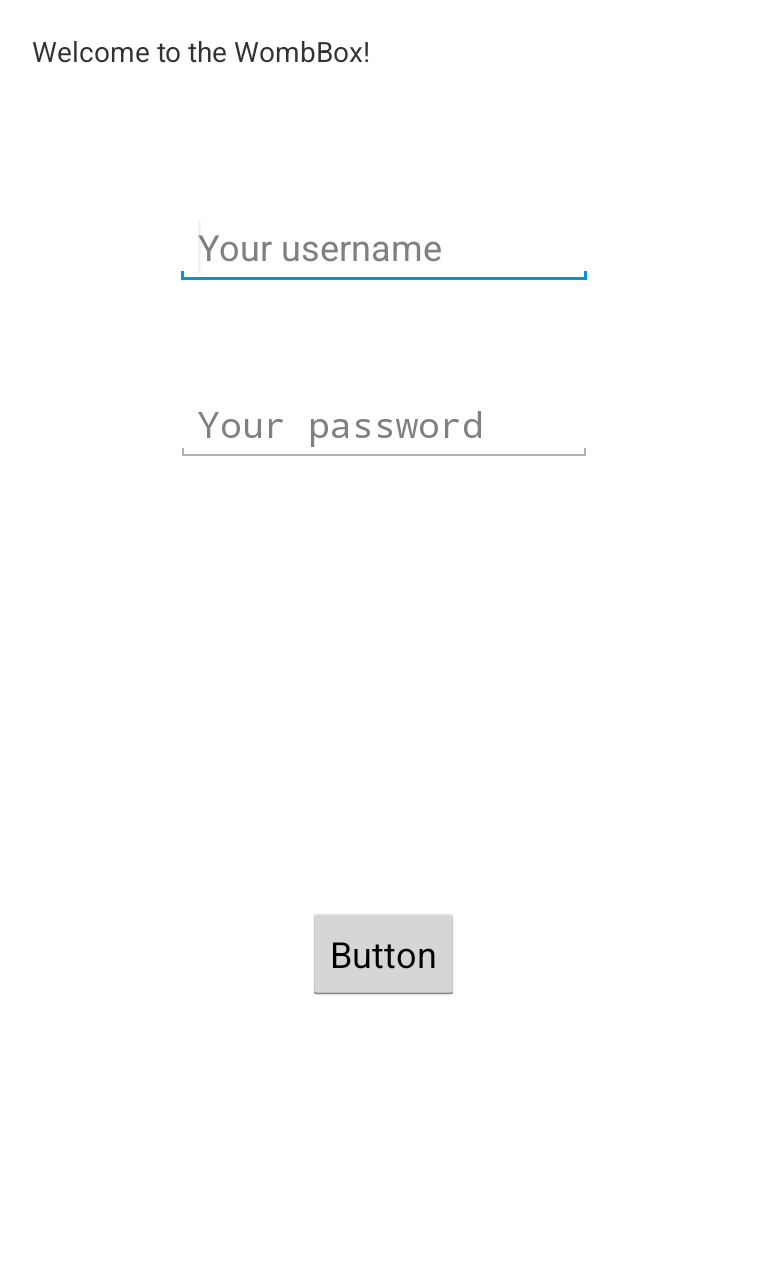
Repository: robertsami/TerraceFJukebox
Layout: android/TerraceFJukebox/res/layout/activity_login.xml
The author's editor kept a copy of each file at every save. The layout is drawn from the files as they stood at one save, then again after a run of saves.
It is drawn on a 768 x 1280 px phone screen (xhdpi) without system bars, with theme AppTheme; the app's code is not run.

Above is the layout before, as saved 2013-08-13 22:03:13.

### android/TerraceFJukebox/res/layout/activity_login.xml
<RelativeLayout xmlns:android="http://schemas.android.com/apk/res/android"
    xmlns:tools="http://schemas.android.com/tools"
    android:layout_width="match_parent"
    android:layout_height="match_parent"
    android:paddingBottom="@dimen/activity_vertical_margin"
    android:paddingLeft="@dimen/activity_horizontal_margin"
    android:paddingRight="@dimen/activity_horizontal_margin"
    android:paddingTop="@dimen/activity_vertical_margin"
    tools:context=".LoginActivity" >

    <TextView
        android:id="@+id/textView1"
        android:layout_width="wrap_content"
        android:layout_height="wrap_content"
        android:text="Welcome to the WombBox!" />

    <EditText
        android:id="@+id/login_user_name"
        android:layout_width="wrap_content"
        android:layout_height="wrap_content"
        android:layout_below="@+id/textView1"
        android:layout_centerHorizontal="true"
        android:layout_marginTop="69dp"
        android:hint="Your username"
        android:ems="10" >

        <requestFocus />
    </EditText>

    <Button
        android:id="@+id/login_button"
        android:layout_width="wrap_content"
        android:layout_height="wrap_content"
        android:layout_alignParentBottom="true"
        android:layout_centerHorizontal="true"
        android:layout_marginBottom="123dp"
        android:text="Button" />

    <EditText
        android:id="@+id/login_password"
        android:layout_width="wrap_content"
        android:layout_height="wrap_content"
        android:layout_alignLeft="@+id/login_user_name"
        android:layout_below="@+id/login_user_name"
        android:layout_marginTop="49dp"
        android:ems="10"
        android:hint="Your password"
        android:inputType="textPassword" />

</RelativeLayout>

Loaded but not shown: android/TerraceFJukebox/res/values/styles.xml (common file); android/TerraceFJukebox/res/values-v11/styles.xml (common file); android/TerraceFJukebox/res/values-v14/styles.xml (common file); android/TerraceFJukebox/res/values/dimens.xml (common file)

After the next 2 saves:
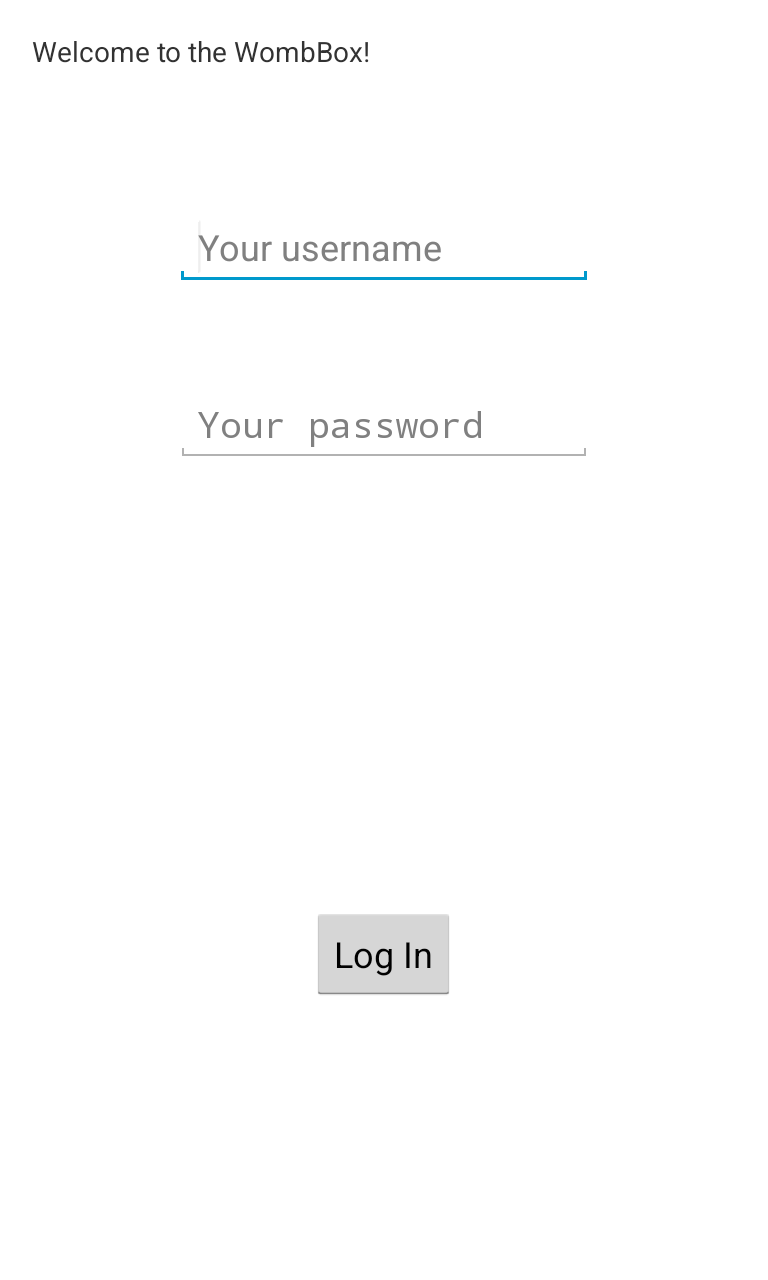
The 2 saves are shown as one change because they came seconds apart.
The last was saved 25 s later.
--- a/android/TerraceFJukebox/res/layout/activity_login.xml
+++ b/android/TerraceFJukebox/res/layout/activity_login.xml
@@ -34,7 +34,7 @@
         android:layout_alignParentBottom="true"
         android:layout_centerHorizontal="true"
         android:layout_marginBottom="123dp"
-        android:text="Button" />
+        android:text="Log In" />
 
     <EditText
         android:id="@+id/login_password"
